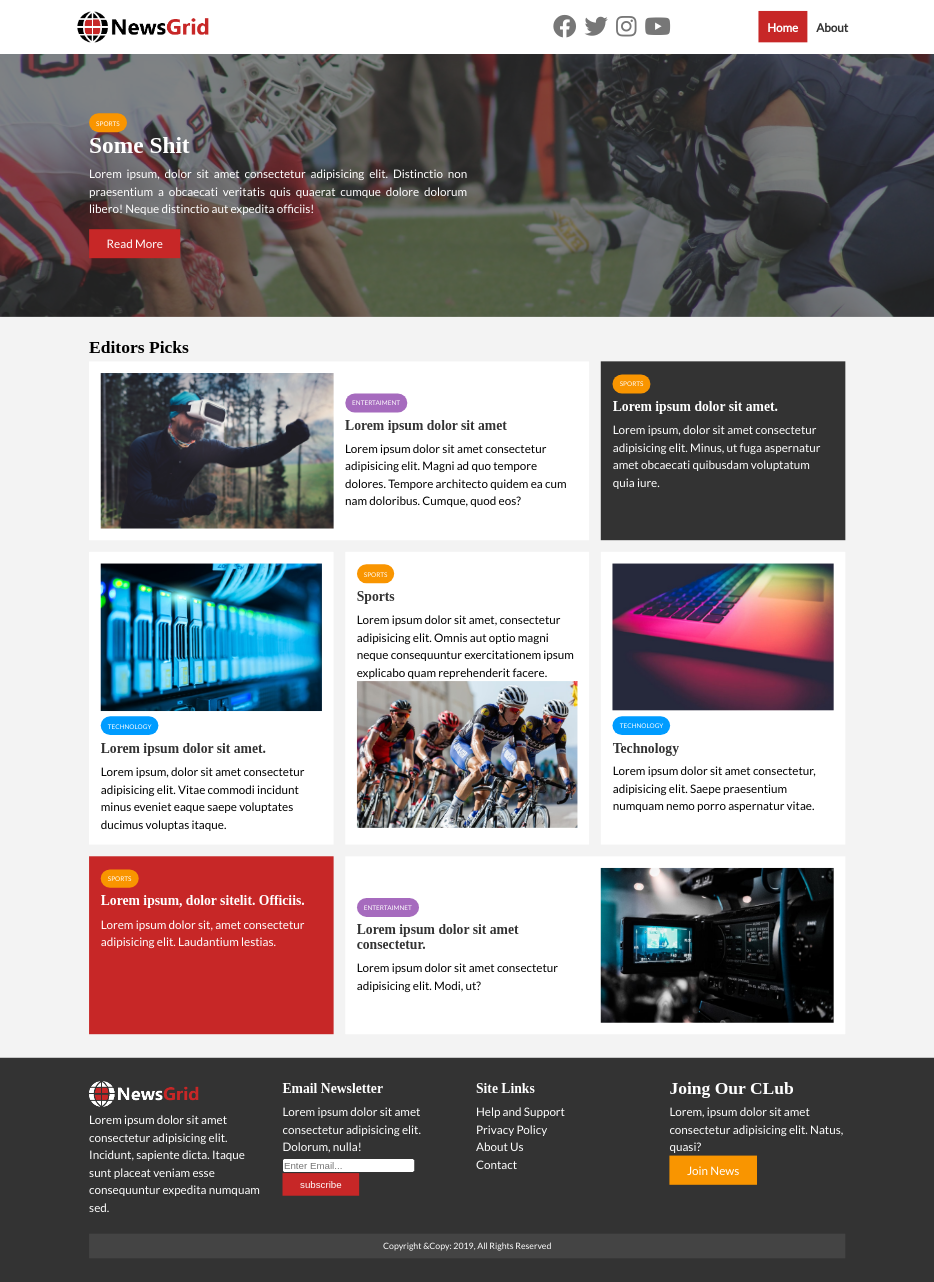
Repository: EswinGiova/NewsGrid
Page: index.html
An editor plug-in stored every save of this project. The page is shown before and after the next save, followed by the edit.
The browser window is 1280 px wide. The pictures show the whole page, at 73% of full size.
Some web libraries are served in a nearby version.

Above is the page before, as saved 2020-09-20 15:54:55.

After the next save:
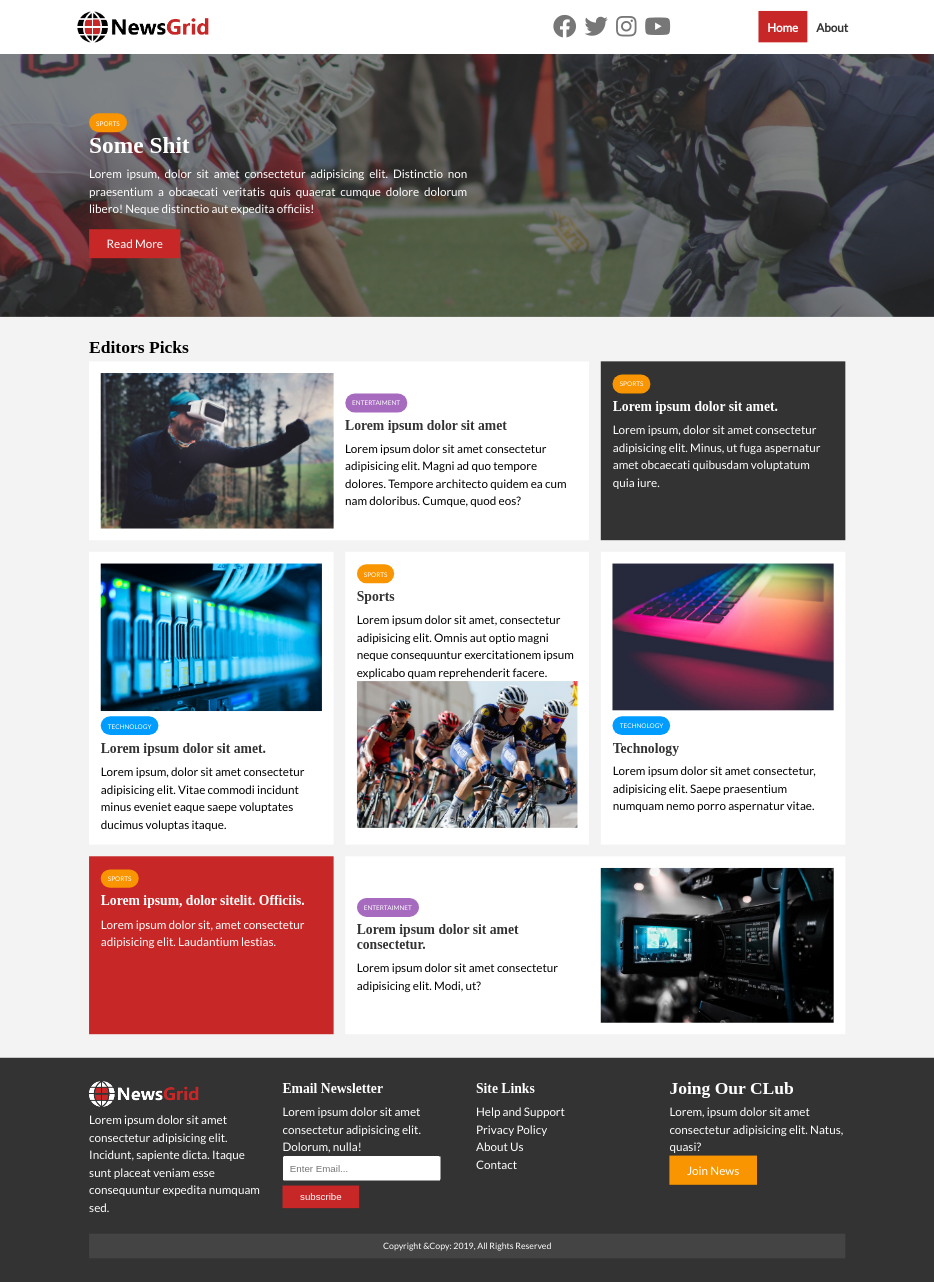
Saved 70 s later.
--- a/css/style.css
+++ b/css/style.css
@@ -285,3 +285,9 @@ h6 {
   font-size: 0.75rem;
   padding: 0.5rem;
 }
+
+#main-footer .footer-container input[type='email'] {
+  width: 90%;
+  padding: 0.5rem;
+  margin-bottom: 0.4rem;
+}
